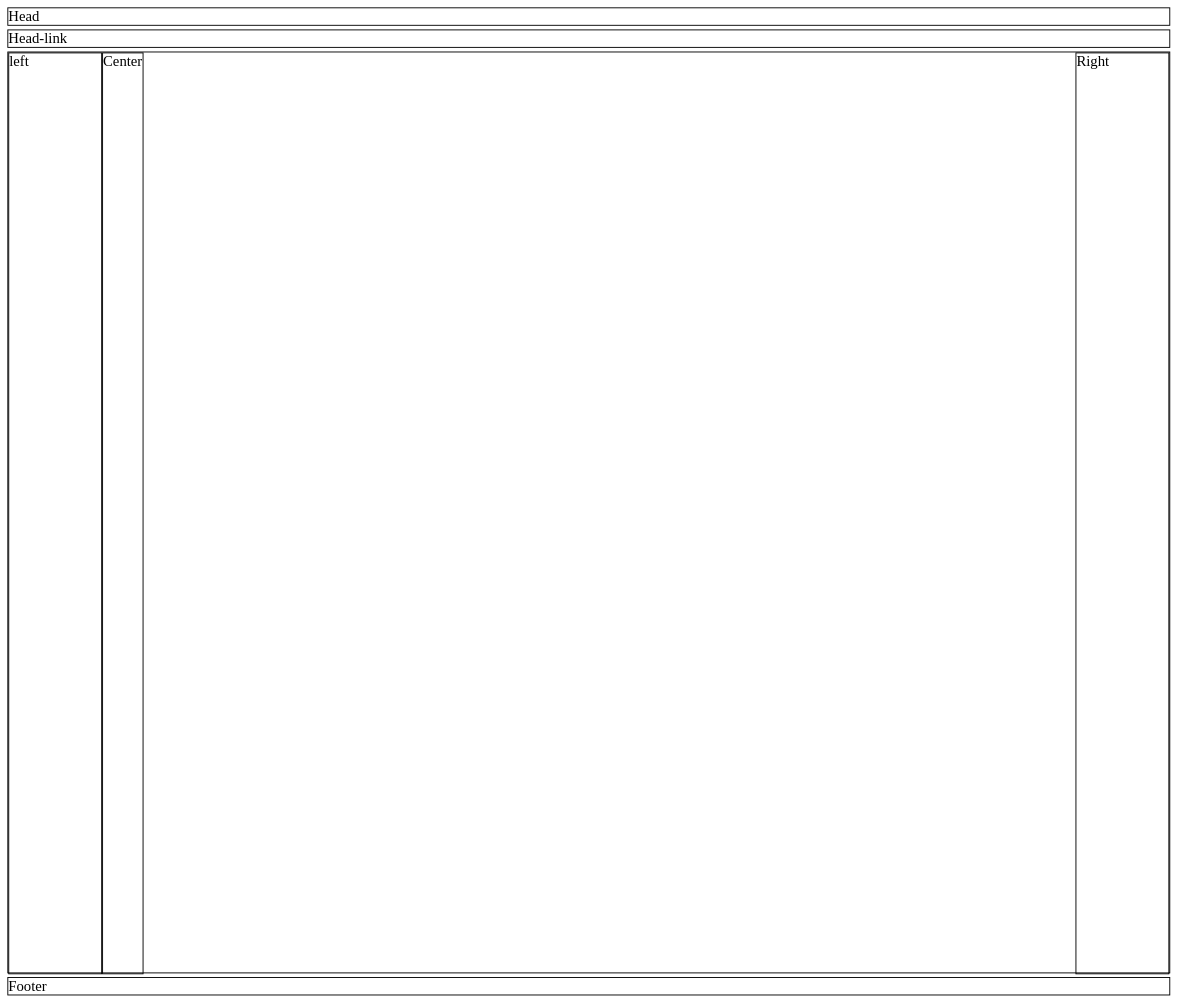
Repository: Lehuyhuynh/BTH2-CSS
Page: index.html
The author's editor kept a copy of each file at every save. The page is drawn from the files as they stood at one save, then again after a run of saves.
The browser window is 1280 px wide. The pictures show the whole page, at 92% of full size.

Above is the page before, as saved 2023-08-08 20:58:26.

After the next 2 saves:
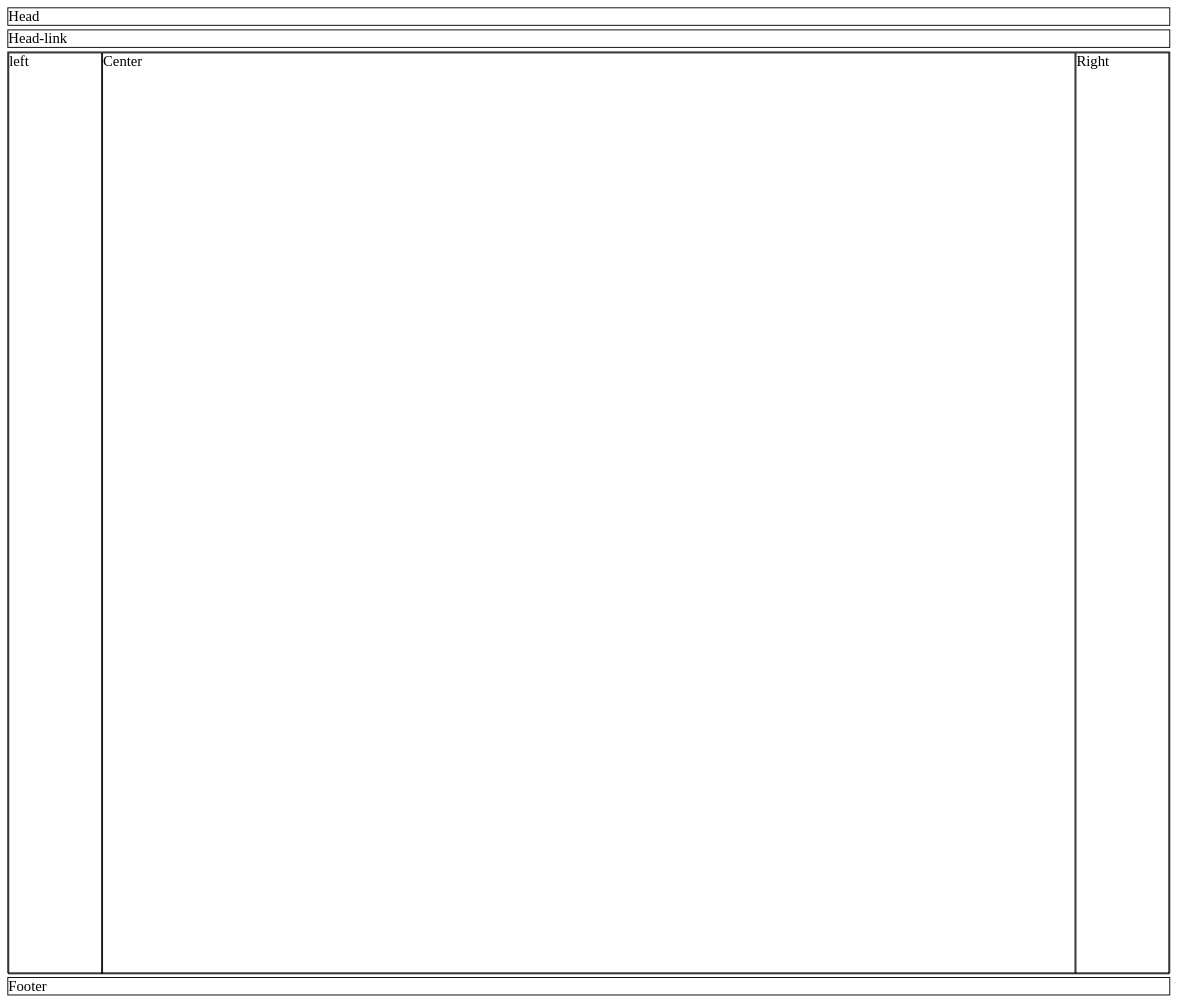
The 2 saves are shown as one change because they came seconds apart.
The last was saved 3 min 26 s later.
--- a/style.css
+++ b/style.css
@@ -18,7 +18,7 @@
 
 }
 .center{
-  width: calc(100%-206px);
+  width: calc(100% - 206px);
   height: 100%;
   float: left;
 }
